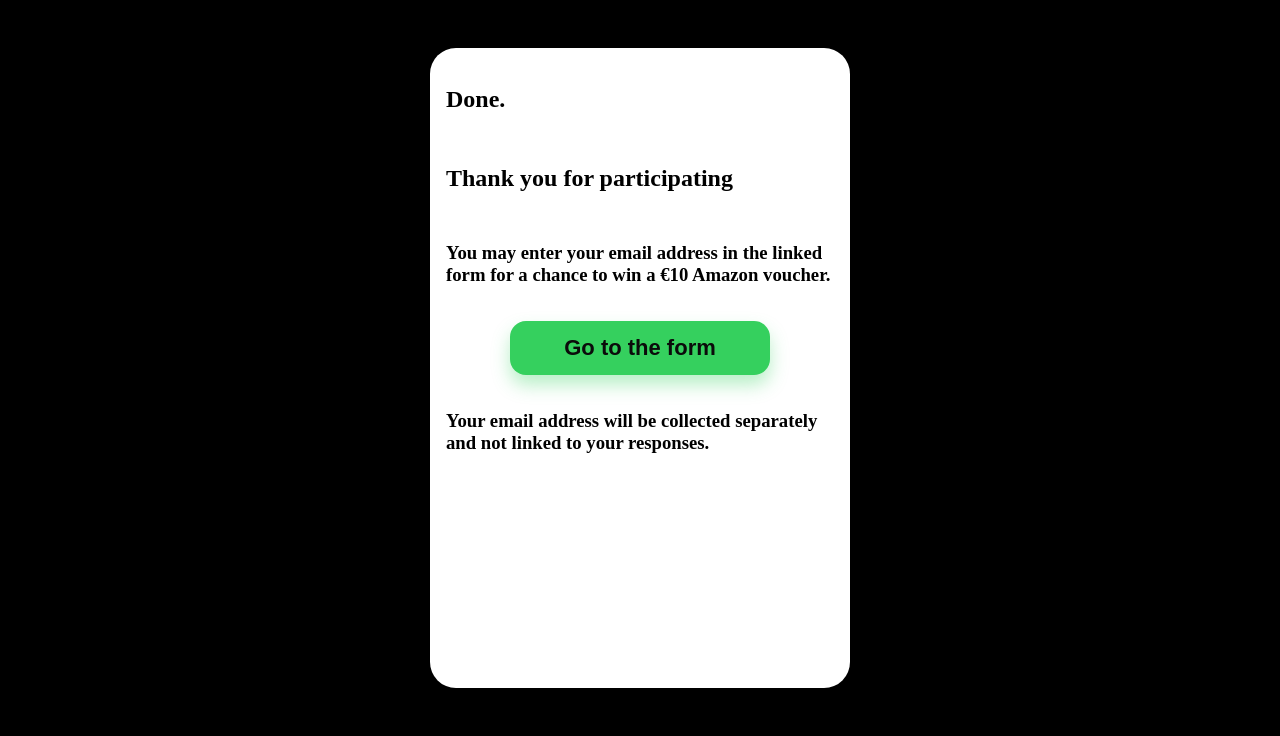
Repository: alexibri/ba_decision_study
Page: /end
These files come from the project's save history. The page is drawn as it stood at one moment and after a run of saves; the edit follows.
The browser window is 1280 px wide. The pictures show the whole page.
The page's requests for data from a server got no answer. The project was rebuilt for these pictures with package versions that can differ from the ones it lists, and the page was loaded fresh each time. No one was signed in, and anything a server would have sent is missing. Also part of the build but not shown: vite.config.js, src/lib/assignment/group.js, src/lib/db/supabase-client.js, src/lib/db/runs.js, src/pages/Start.jsx, src/lib/db/responses.js, src/lib/hooks/useResponseTracker.js, src/scenarios/Scenario1/S1Dark1.jsx and 10 more.

Above is the page before, as saved 2026-02-11 16:48:51.

### index.html
<!doctype html>
<html lang="en">
  <head>
    <meta charset="UTF-8" />
    <link rel="icon" type="image/svg+xml" href="/vite.svg" />
    <meta name="viewport" content="width=device-width, initial-scale=1.0" />
    <title>ba_decision_study</title>
  </head>
  <body>
    <div id="root"></div>
    <script type="module" src="/src/main.jsx"></script>
  </body>
</html>

### src/main.jsx
import { StrictMode } from 'react'
import { createRoot } from 'react-dom/client'
import App from './App.jsx'
import { BrowserRouter } from "react-router-dom"

createRoot(document.getElementById('root')).render(
  <StrictMode>
    <BrowserRouter>
      <App />
    </BrowserRouter>
  </StrictMode>,
)

### src/App.jsx
import { Routes, Route, Navigate } from "react-router-dom"
import Start from './pages/Start'
import Scenario from './pages/Scenario'
import End from './pages/End'

function App() {
  return (
    <>
      <main className="main-content">
        <Routes>
          <Route path="/" element={<Start />} />
          <Route path="/scenario/:sid/step/:stepid" element={<Scenario />} />
          <Route path="/end" element={<End />} />

          <Route path="*" element={<Navigate to="/" replace />} />
        </Routes>
      </main>
    </>
  )
}
export default App

### src/pages/End.jsx
import "../css/Start.css"

export default function End() {

    function forwardBtn() {
        window.open("https://forms.cloud.microsoft/e/TterNuyt86")
    }

    return <div>
        <div className="end">
            <div className="s1screen">
                <div className="s1card">
                    <h2>Done.</h2>
                    <h2>Thank you for participating</h2>
                    <h3>You may enter your email address in the linked form for a chance to win a €10 Amazon voucher.</h3>
                    <div className="stack">

                        <div className="s1buttonPopUp">
                            <button className="s1accept" onClick={forwardBtn}>
                                Go to the form
                            </button>
                        </div>
                    </div>
                    <h3>Your email address will be collected separately and not linked to your responses.</h3>
                </div>

            </div>
        </div>
    </div>
}

### src/css/Start.css
* {
  box-sizing: border-box;
}

.s1screen {
  min-height: 100vh;
  background: #000;
  display: flex;
  justify-content: center;
  padding: 18px 14px;
}

.s1card {
  width: 100%;
  max-width: 420px;
  background: #fff;
  border-radius: 26px;
  padding: 18px 16px 16px;
  display: flex;
  flex-direction: column;
  gap: 12px;
}

.s1card h1 {
  margin: 6px 0 4px;
  text-align: center;
  font-size: 44px;
  font-weight: 900;
  letter-spacing: -1px;
}

.innerCard {
  background: #efefef;
  border-radius: 28px;
  padding: 18px 18px 22px;
  display: flex;
  flex-direction: column;
  gap: 18px;
  min-height: 72vh;
}

.s1cardHeader {
  display: flex;
  align-items: center;
  gap: 14px;
  padding-top: 6px;
  font-weight: 800;
}


.s1cardHeader:first-child svg {
  background: #ddd;
  border-radius: 999px;
  padding: 10px;
  width: 56px;
  height: 56px;
}

.s1cardHeader h2 {
  margin: 0;
  font-size: 20px;
  font-weight: 900;
  line-height: 1.1;
}

.s1cardHeader p {
  display: none;
}

.question {
  font-weight: 900;
  font-size: 25px;
}

.accountRow {
  display: flex;
  flex-direction: column;
  gap: 4px;
}

.accountRow .label {
  font-size: 20px;
  font-weight: 900;
}

.accountRow .value {
  font-size: 22px;
  font-weight: 900;
}

.infoBlock {
  display: flex;
  flex-direction: column;
  gap: 4px;
  font-weight: 900;
}

.infoBlock .label {
  font-size: 20px;
}

.infoBlock .value {
  font-size: 22px;
}

.s1button {
  margin-top: auto;
  display: flex;
  flex-direction: row;
  gap: 12px;
}

.s1buttonPopUp {
  display: flex;
  flex-direction: row;
  gap: 12px;
  padding: 1%;
  align-items: center;
  justify-content: center;
}

.s1button button {
  width: 100%;
  border: none;
  border-radius: 999px;
  padding: 14px 18px;
  font-size: 18px;
  font-weight: 900;
  cursor: pointer;
}

.btnSecondary {
  background: #6f6f6f;
  color: #fff;
}

.s1accept {
  background: #35d05e;
  color: #0b0b0b;
  box-shadow: 0 10px 18px rgba(53, 208, 94, 0.28);
}

.s1accept:active,
.btnSecondary:active {
  transform: translateY(1px);
}

.popUp {
  background: lightgray;
  flex: 1;
  border-radius: 26px;
  padding: 5%;

  display: flex;
  flex-direction: column;
  gap: 12px;

}

@media (min-width: 900px) {
  .s1screen {
    padding: 40px 16px;
  }

  .innerCard {
    min-height: 640px;
  }
}

.fade-in {
  animation: fadeIn 440ms ease-out both;
}

@keyframes fadeIn {
  from {
    transform: translateY(1px);
  }

  to {
    transform: translateY(0);
  }
}

### src/css/scenario1.css
* {
  box-sizing: border-box;
}

.s1screen {
  min-height: 100vh;
  outline: 10px solid black;
  background: #000000;

  display: flex;
  flex-direction: column;
  align-items: center;
}

.s1screen h1 {
  margin: 10px 0 0;
}

.s1card {
  width: 100%;
  max-width: 420px;
  background: #fff;
  border-radius: 26px;
  padding: 18px 16px 16px;
  display: flex;
  flex-direction: column;
  gap: 12px;
}

.s1cardInner {
  width: 100%;
  background: #35d05e;
  display: flex;
}

.s1cardHeader {
  display: flex;
  justify-content: center;
  padding-bottom: 3%;
  padding-top: 5%;
  font-weight: bold;
}

.s1subtitle {
  margin: 0;
  font-size: 22px;
}

.s1transitionSubtitle {
  font-size: 40px;
}

.s1button {
  display: flex;
  justify-content: center;
}

.s1accept {
  width: 70%;
  max-width: 260px;
  padding: 14px 18px;
  border: none;
  border-radius: 16px;
  background: #35d05e;
  color: #0b0b0b;
  font-size: 22px;
  font-weight: 900;
  cursor: pointer;
  box-shadow: 0 10px 18px rgba(53, 208, 94, 0.35);
}

.s1accept:active {
  transform: translateY(1px);
}

.s1scroll {
  flex: 1;
  overflow: auto;
  font-size: 12px;
  line-height: 1.45;
  color: #2c2c2c;
  padding-right: 6px;
}

.s1scroll::-webkit-scrollbar {
  width: 8px;
}

.s1scroll::-webkit-scrollbar-thumb {
  background: #cfcfcf;
  border-radius: 999px;
}

.s1scroll::-webkit-scrollbar-track {
  background: transparent;
}

.s1buttons {
  display: flex;
  justify-content: center;
  margin-top: 2px;
}

.s1termsAndConditions {
  align-self: flex-start;
  border: none;
  background: transparent;
  color: #4b4b4b;
  font-size: 12px;
  font-weight: 600;
  cursor: pointer;
  padding: 6px 8px;
  opacity: 0.85;
}

.s1termsAndConditions:hover {
  opacity: 1;
  text-decoration: underline;
}

.s1decline {
  align-self: flex-start;
  border: none;
  background: transparent;
  color: #4b4b4b;
  font-size: 9px;
  font-weight: 600;
  cursor: pointer;
  padding: 6px 8px;
  opacity: 0.85;
}

.s1accept:focus-visible,
.s1termsAndConditions:focus-visible,
.s1decline:focus-visible {
  outline: 3px solid rgba(0, 0, 0, 0.35);
  outline-offset: 3px;
}

@media (min-width: 900px) {
  .s1screen {
    padding: 40px 16px;
  }

  .s1card {
    min-height: 640px;
  }
}

.fade-in {
  animation: fadeIn 440ms ease-out both;
}

@keyframes fadeIn {
  from {
    transform: translateY(1px);
  }

  to {
    transform: translateY(0);
  }
}

### src/css/scenario2.css
* {
  box-sizing: border-box;
}

.s2screen {
  min-height: 100vh;
  outline: 10px solid black;
  background: #000000;

  display: flex;
  flex-direction: column;
  align-items: center;
}

.s2card {
  width: 100%;
  max-width: 420px;
  background: #fff;
  border-radius: 26px;
  padding: 18px 16px 16px;
  display: flex;
  flex-direction: column;
  gap: 12px;
}

.s2card h1 {
  margin: 6px 0 4px;
  text-align: center;
  font-size: 44px;
  font-weight: 900;
  letter-spacing: -1px;
}


.s2cardInner {
  width: 100%;
  background: #35d05e;
  display: flex;
}

.s2cardHeader {
  display: flex;
  justify-content: center;
  padding-bottom: 3%;
  padding-top: 5%;
  font-weight: bold;
}

.s2cardStack {
  display: flex;
  flex-direction: column;
  gap: 25px;
  padding: 10%;
  align-items: center;
}

.s2subtitle {
  margin: 0;
  font-size: 10px;
}

.s2transitionSubtitle {
  font-size: 40px;
}

.s2button {
  display: flex;
  justify-content: center;
  padding: 2%;
}

.s2accept {
  width: 70%;
  max-width: 260px;
  padding: 14px 18px;
  border: none;
  border-radius: 16px;
  background: #35d05e;
  color: #0b0b0b;
  font-size: 22px;
  font-weight: 900;
  cursor: pointer;
  box-shadow: 0 10px 18px rgba(53, 208, 94, 0.35);
}

.s2accept:active {
  transform: translateY(1px);
}

.s2scroll {
  flex: 1;
  overflow: auto;
  font-size: 12px;
  line-height: 1.45;
  color: #2c2c2c;
  padding-right: 6px;
}

.s2scroll::-webkit-scrollbar {
  width: 8px;
}

.s2scroll::-webkit-scrollbar-thumb {
  background: #cfcfcf;
  border-radius: 999px;
}

.s2scroll::-webkit-scrollbar-track {
  background: transparent;
}

.s2buttons {
  display: flex;
  justify-content: center;
  margin-top: 2px;
}

.s2decline {
  align-self: flex-start;
  border: none;
  background: transparent;
  color: #4b4b4b;
  font-size: 9px;
  font-weight: 600;
  cursor: pointer;
  padding: 6px 8px;
  opacity: 0.85;
}

.s2accept:focus-visible,
.s2termsAndConditions:focus-visible,
.s2decline:focus-visible {
  outline: 3px solid rgba(0, 0, 0, 0.35);
  outline-offset: 3px;
}

@media (min-width: 900px) {
  .s2screen {
    padding: 40px 16px;
  }

  .s2card {
    min-height: 640px;
  }
}

.fade-in {
  animation: fadeIn 440ms ease-out both;
}

@keyframes fadeIn {
  from {
    transform: translateY(1px);
  }

  to {
    transform: translateY(0);
  }
}

### src/css/scenario3.css
* {
  box-sizing: border-box;
}

.s3screen {
  outline: 10px solid black;
  min-height: 100vh;
  background: #000;
  display: flex;
  justify-content: center;
  padding: 18px 14px;
}

.s3card {
  width: 100%;
  max-width: 420px;
  background: #fff;
  border-radius: 26px;
  padding: 18px 16px 16px;
  display: flex;
  flex-direction: column;
  gap: 12px;
}

.s3card h1 {
  margin: 6px 0 4px;
  text-align: center;
  font-size: 44px;
  font-weight: 900;
  letter-spacing: -1px;
}

.s3innerCard {
  background: #efefef;
  border-radius: 28px;
  padding: 18px 18px 22px;
  display: flex;
  flex-direction: column;
  gap: 18px;
  min-height: 72vh;
}

.s3cardHeader {
  display: flex;
  align-items: center;
  gap: 14px;
  padding-top: 6px;
  font-weight: 800;
}

.s3cardHeader:first-child svg {
  background: #ddd;
  border-radius: 999px;
  padding: 10px;
  width: 56px;
  height: 56px;
}

.s3cardHeader h2 {
  margin: 0;
  font-size: 20px;
  font-weight: 900;
  line-height: 1.1;
}

.s3cardHeader p {
  display: none;
}


.s3question {
  font-weight: 900;
  font-size: 25px;
}

.s3accountRow {
  display: flex;
  flex-direction: column;
  gap: 4px;
}

.s3accountRow .label {
  font-size: 20px;
  font-weight: 900;
}

.s3accountRow .value {
  font-size: 22px;
  font-weight: 900;
}

.s3infoBlock {
  display: flex;
  flex-direction: column;
  gap: 4px;
  font-weight: 900;
}

.s3infoBlock .label {
  font-size: 20px;
}

.s3infoBlock .value {
  font-size: 22px;
}

.s3button {
  margin-top: auto;
  display: flex;
  flex-direction: row;
  gap: 12px;
}

.s3buttonPopUp {
  display: flex;
  flex-direction: row;
  gap: 12px;
  padding: 1%;
  align-items: center;
  justify-content: center;
}

.s3buttonPopUp button,
.s3button button {
  width: 100%;
  border: none;
  border-radius: 999px;
  padding: 14px 18px;
  font-size: 18px;
  font-weight: 900;
  cursor: pointer;
}

.s3btnSecondary {
  background: #6f6f6f;
  color: #fff;
}

.s3accept {
  background: #35d05e;
  color: #0b0b0b;
  box-shadow: 0 10px 18px rgba(53, 208, 94, 0.28);
}

.s3accept:active,
.s3btnSecondary:active {
  transform: translateY(1px);
}

.s3popUp {
  background: lightgray;
  flex: 1;
  border-radius: 26px;
  padding: 5%;

  display: flex;
  flex-direction: column;
  gap: 12px;

}

@media (min-width: 900px) {
  .s3screen {
    padding: 40px 16px;
  }

  .s3innerCard {
    min-height: 640px;
  }
}

.fade-in {
  animation: fadeIn 440ms ease-out both;
}

@keyframes fadeIn {
  from {
    transform: translateY(1px);
  }

  to {
    transform: translateY(0);
  }
}

After the next 3 saves:
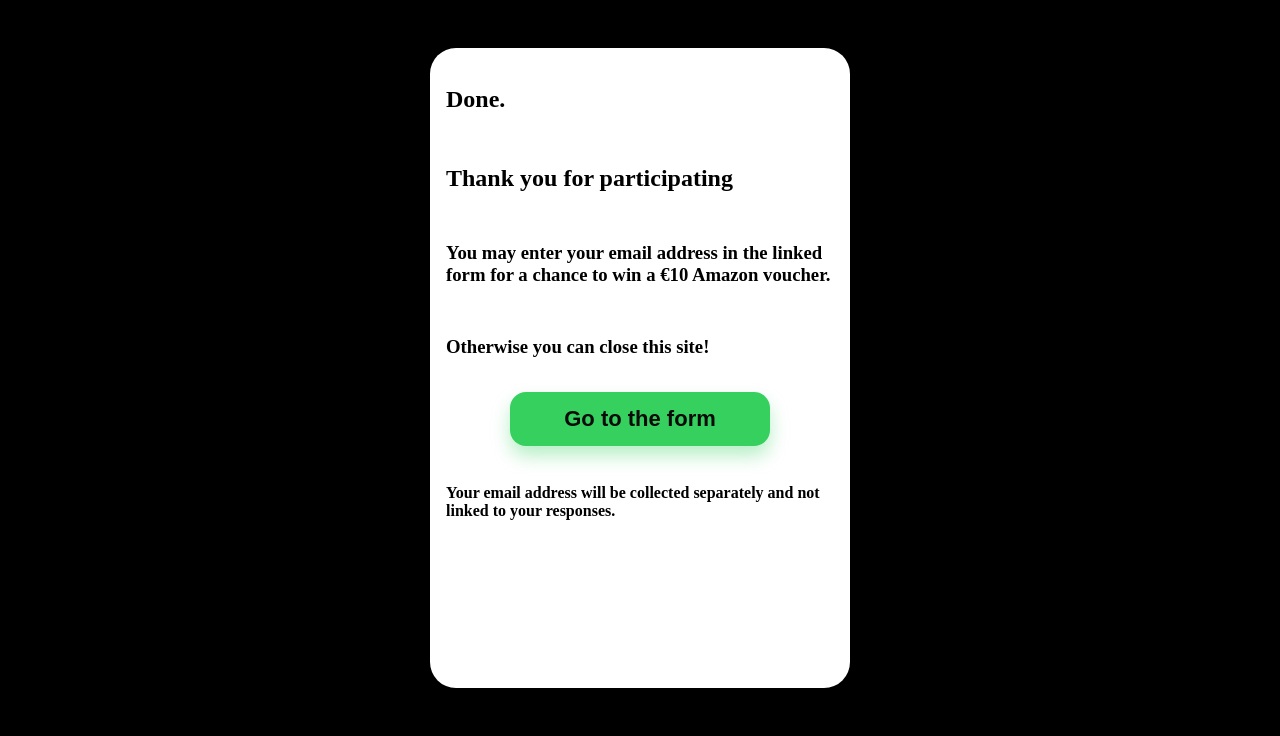
The 3 saves are shown as one change because they came seconds apart.
The last was saved 10 s later.
--- a/src/pages/End.jsx
+++ b/src/pages/End.jsx
@@ -13,6 +13,7 @@ export default function End() {
                     <h2>Done.</h2>
                     <h2>Thank you for participating</h2>
                     <h3>You may enter your email address in the linked form for a chance to win a €10 Amazon voucher.</h3>
+                    <h3>Otherwise you can close this site!</h3>
                     <div className="stack">
 
                         <div className="s1buttonPopUp">
@@ -21,7 +22,7 @@ export default function End() {
                             </button>
                         </div>
                     </div>
-                    <h3>Your email address will be collected separately and not linked to your responses.</h3>
+                    <h4>Your email address will be collected separately and not linked to your responses.</h4>
                 </div>
 
             </div>
